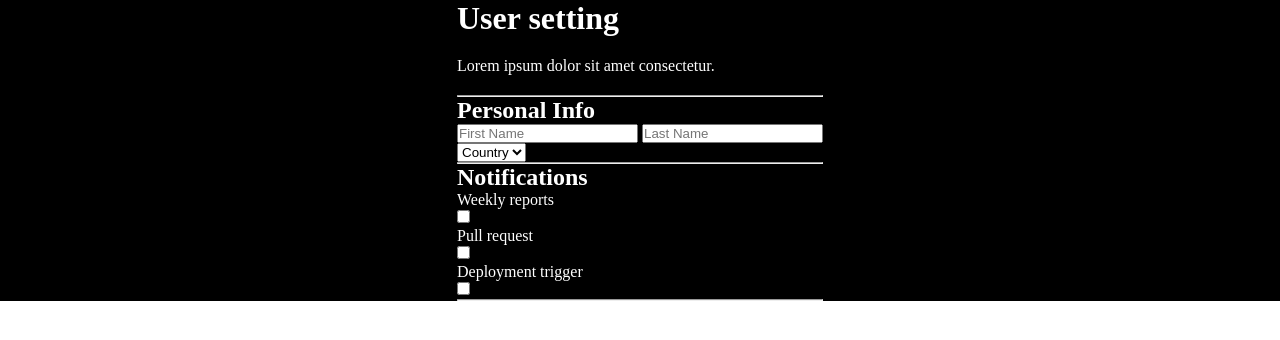
Repository: imokha01/DOM
Page: index.html
An editor plug-in stored every save of this project. The page is shown before and after a run of saves, followed by the edit.
The browser window is 1280 px wide. The pictures show the whole page.

Above is the page before, as saved 2023-12-19 17:17:28.

### index.html
<!DOCTYPE html>
<html lang="en">
  <head>
    <meta charset="UTF-8" />
    <meta name="viewport" content="width=device-width, initial-scale=1.0" />
    <title>Document</title>
    <link rel="stylesheet" href="./index.css" />
  </head>
<body>
  <div class="form_container">
    <form action="#">
      <div>
          <h1>User setting</h1>
          <p id="userPara">Lorem ipsum dolor sit amet consectetur.</p>
      </div>
      <hr>
      <div>
        <h2>Personal Info</h2>
        <input type="text" class="firstName" placeholder="First Name">
        <input type="text" class="lastName" placeholder="Last Name"> <br>
        <select>
            <option value="country" disabled hidden selected>Country</option>
            <option value="Nigeria">Nigeria</option>
            <option value="ghana">Ghana</option>
            <option value="algeria">Algeria</option>
        </select>
        <hr>
        <div>
          <h2>Notifications</h2>
          <div class="weeklyReport">
            <p class="week-para">Weekly reports</p>
            <!-- Rounded switch -->
            <label class="switch">
                 <input type="checkbox">
                <span class="slider round"></span>
            </label>
          </div>
          <div class="pullRequest">
            <p class="pull-para">Pull request</p>
            <!-- Rounded switch -->
            <label class="switch">
                 <input type="checkbox">
                <span class="slider round"></span>
            </label>
          </div>
          <div class="deployment">
            <p class="depoly-para">Deployment trigger</p>
            <!-- Rounded switch -->
          <label class="switch">
                 <input type="checkbox">
                <span class="slider round"></span>
            </label>
          </div>
          <hr>



        </div>
      </div>
    </form>


  </div>
    <script src="./index.js"></script>
  </body>
</html>

### index.css
* {
    margin: 0;
    padding: 0;
    box-sizing: border-box;
}

.form_container {
    display: flex;
    justify-content: center;
    align-items: center;
    gap: 2px;
    background-color: black;
    color: while;
}

form {
    color: white;
}

#userPara {
    padding: 20px 0;
}







/* * The switch - the box around the slider */
/* .switch {
  position: relative;
  display: inline-block;
  width: 60px;
  height: 34px;
} */

/* Hide default HTML checkbox */
/* .switch input {
  opacity: 0;
  width: 0;
  height: 0;
} */

/* The slider */
/* .slider {
  position: absolute;
  cursor: pointer;
  top: 0;
  left: 0;
  right: 0;
  bottom: 0;
  background-color: #ccc;
  -webkit-transition: .4s;
  transition: .4s;
} */

.slider:before {
  position: absolute;
  content: "";
  height: 26px;
  width: 26px;
  left: 4px;
  bottom: 4px;
  -webkit-transition: .4s;
  transition: .4s;
}

input:checked + .slider {
  background-color: #2196F3;
}

input:focus + .slider {
  box-shadow: 0 0 1px #2196F3;
}

input:checked + .slider:before {
  -webkit-transform: translateX(26px);
  -ms-transform: translateX(26px);
  transform: translateX(26px);
}

/* Rounded sliders */
.slider.round {
  border-radius: 34px;
}

.slider.round:before {
  border-radius: 50%;
} */

### index.js
// const button = document.getElementsByTagName("button")[0]
// console.log(button)

// button.style.backgroundColor = "skyblue"
// button.style.padding = "20px";
// button.style.border = "none";
// button.style.borderRadius = "10px";
// button.style.fontSize  = "1.5em";
// button.style.color = "red";

// const body = document.querySelector("body")
// body.style.backgroundColor = "lightgreen";

const newDiv = document.createElement("div");
const newContent = document.createTextNode("hey, What is up");
newDiv.appendChild(newContent);
console.log(newDiv)

const button = document.createElement("button")

After the next 2 saves:
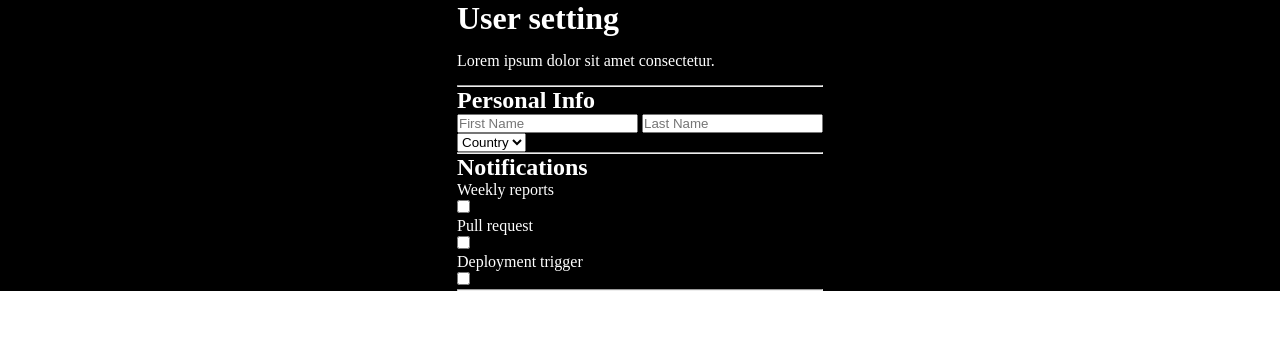
The 2 saves are shown as one change because they came seconds apart.
The last was saved 7 s later.
--- a/index.css
+++ b/index.css
@@ -18,7 +18,7 @@ form {
 }
 
 #userPara {
-    padding: 20px 0;
+    padding: 15px 0;
 }
 
 
